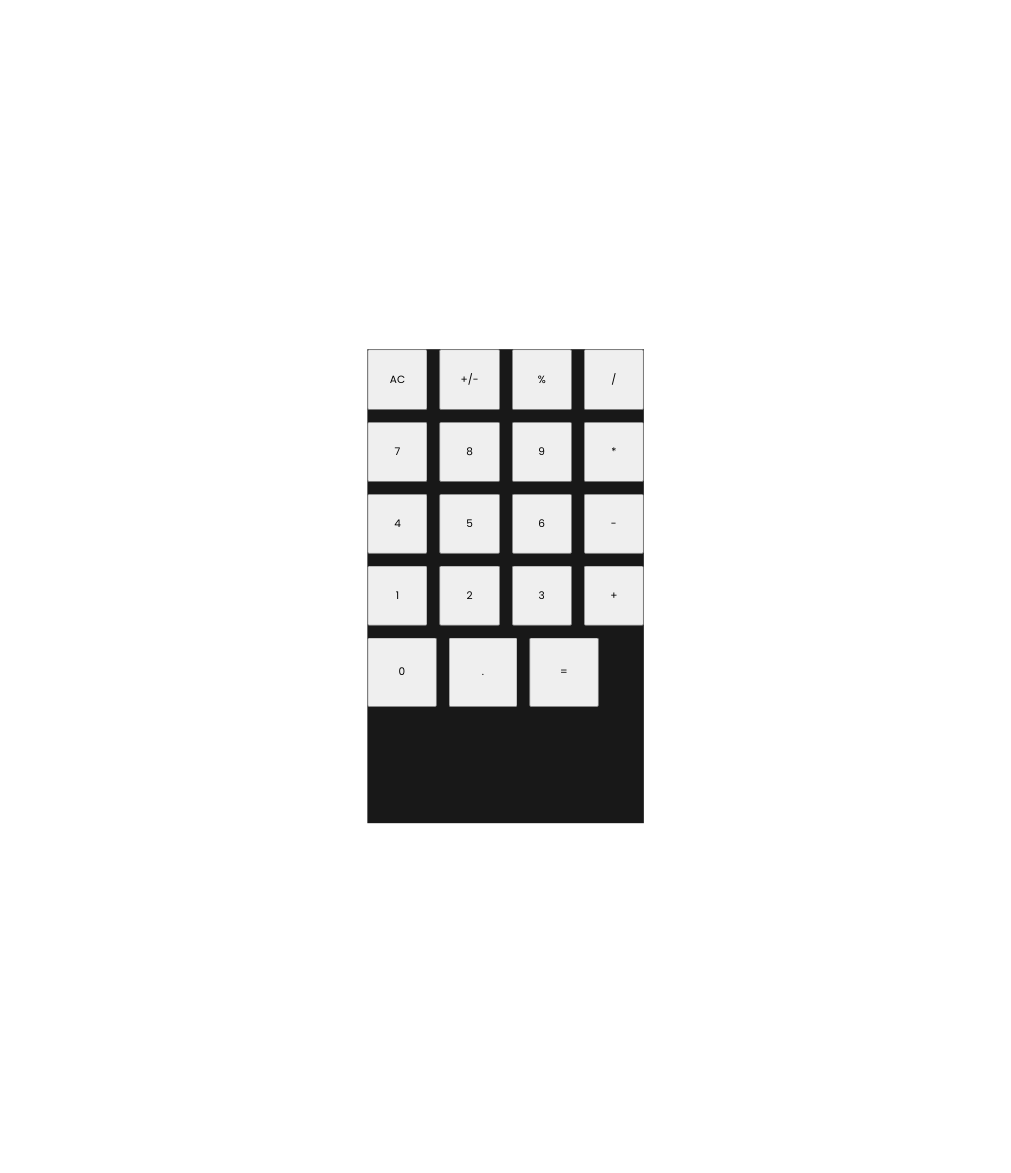
Repository: minhtien9/Calculator
Page: /
An editor plug-in stored every save of this project. The page is shown before and after the next save, followed by the edit.
The browser window is 1280 px wide. The pictures show the whole page, at 79% of full size.
The project was rebuilt for these pictures with package versions that can differ from the ones it lists, and the page was loaded fresh each time. Also part of the build but not shown: src/App.css.

Above is the page before, as saved 2022-07-21 18:31:54.

After the next save:
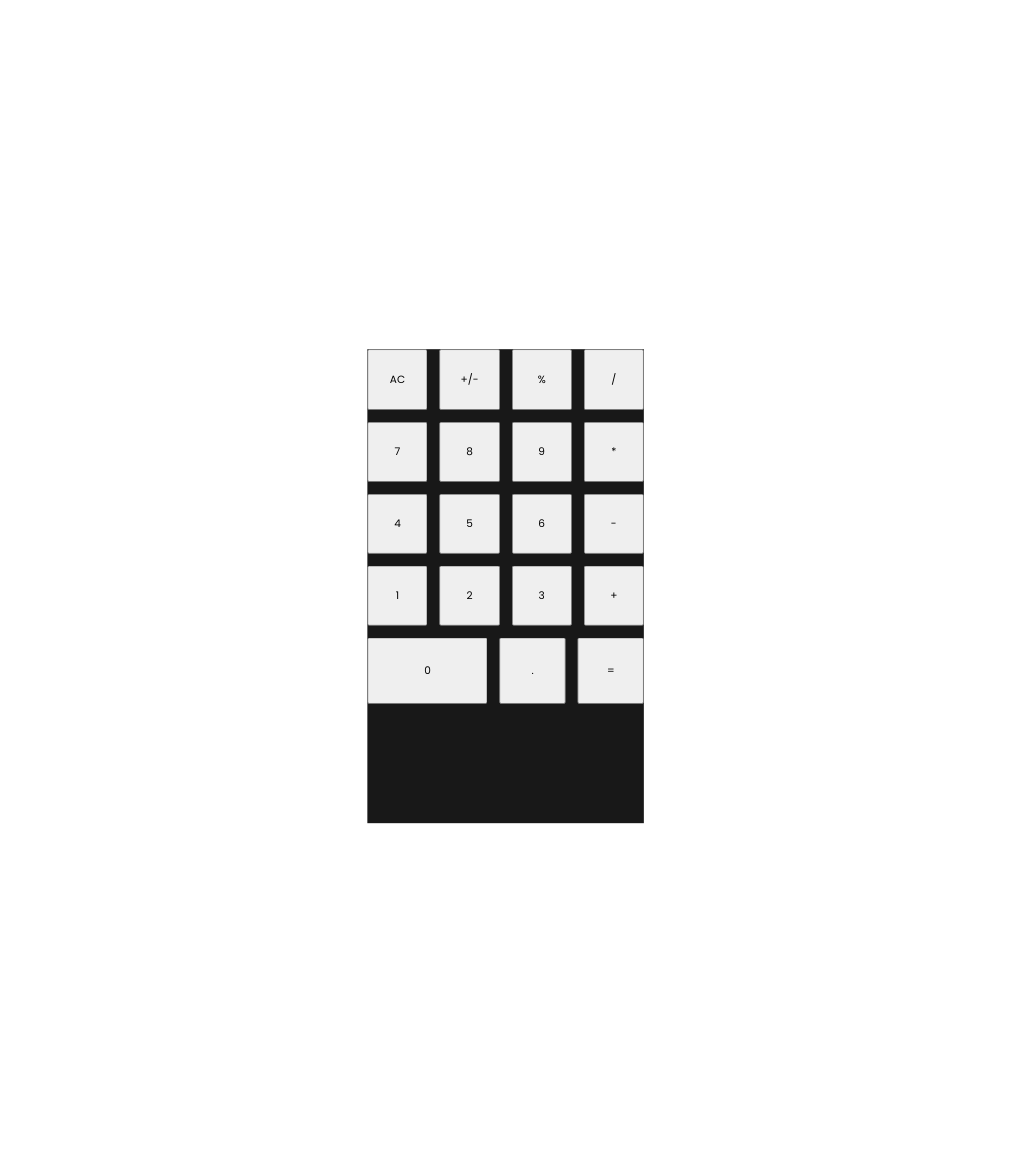
Saved 27 s later.
--- a/src/Components/Caculator.jsx
+++ b/src/Components/Caculator.jsx
@@ -34,7 +34,7 @@ const Caculator = () => {
                 </div>
 
                 <div className='keyboard-row'>
-                    <button className='one-block'>0</button>
+                    <button className='two-block'>0</button>
                     <button className='one-block'> .</button>
                     <button className='one-block'> =</button>
                 </div>
